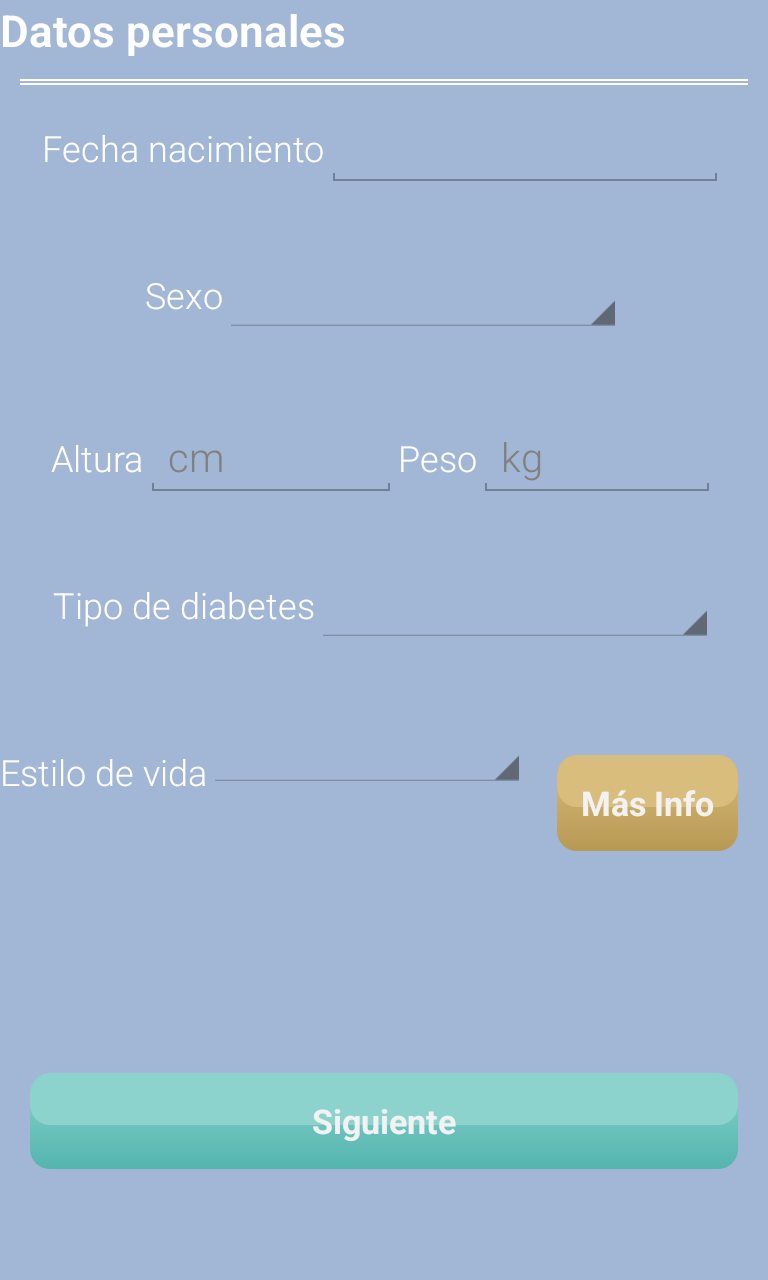
Repository: HectorGarciaMiguel/ssii-diabetes-060036
Layout: SeguimientoDiabetes/res/layout/activity_configuracion1.xml
The author's editor kept a copy of each file at every save. The layout is drawn from the files as they stood at one save, then again after the next save.
It is drawn on a 768 x 1280 px phone screen (xhdpi) without system bars, with theme AppTheme; the app's code is not run.

Above is the layout before, as saved 2015-11-19 20:07:58.

After the next save:
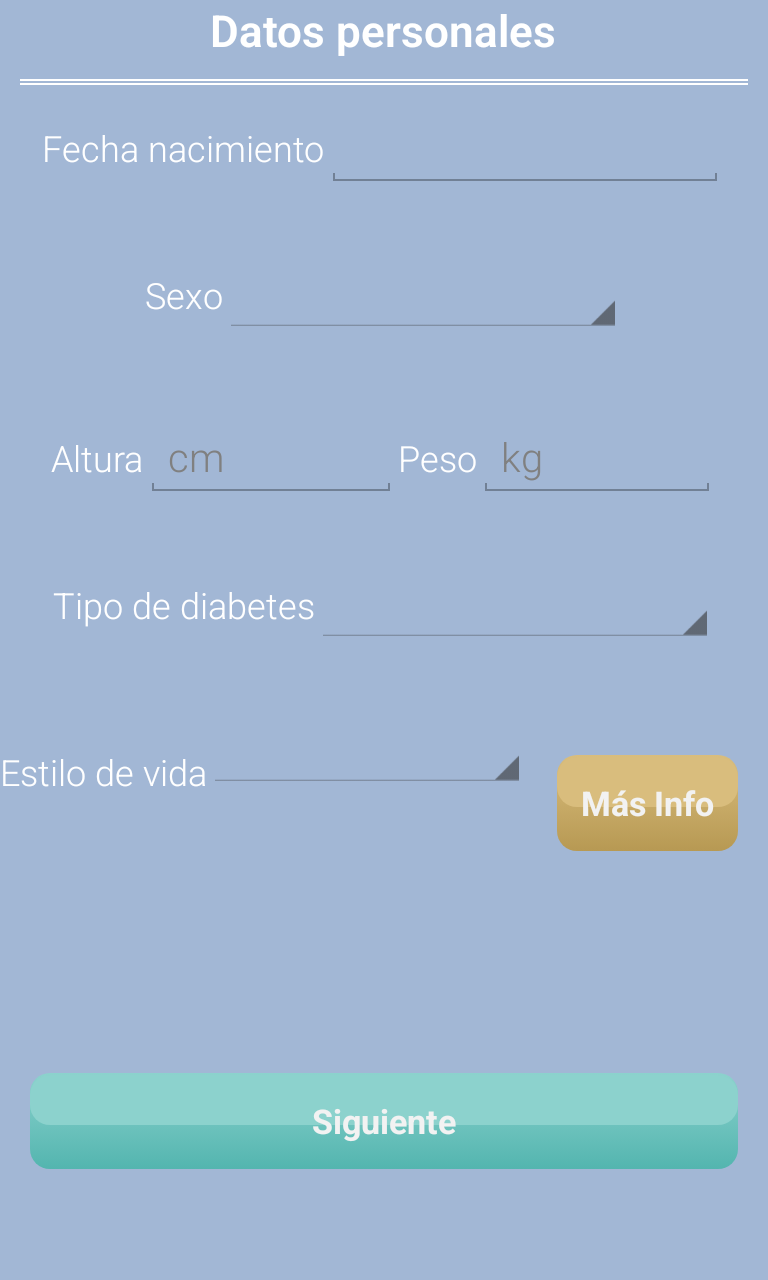
Saved 10 s later.
--- a/SeguimientoDiabetes/res/layout/activity_configuracion1.xml
+++ b/SeguimientoDiabetes/res/layout/activity_configuracion1.xml
@@ -10,7 +10,7 @@
         android:layout_width="fill_parent"
         android:layout_height="wrap_content"
         android:orientation="horizontal"
-        android:layout_gravity="center" >
+        android:gravity="center" >
 
         <TextView
             android:id="@+id/textView0"
